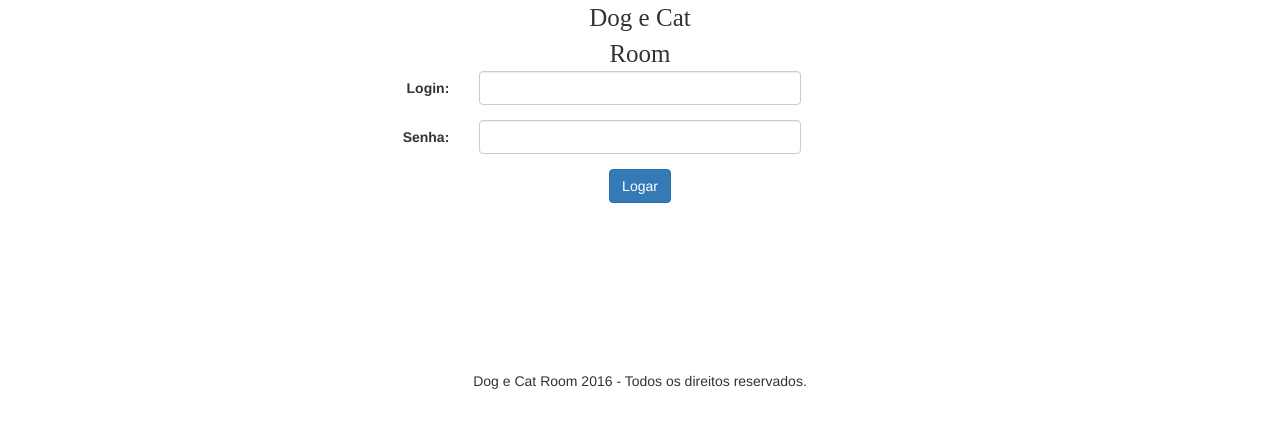
Repository: Natanzx/DogECatRoom
Page: http://localhost/DogECatRoom/login.jsp
These files come from the project's save history. The page is drawn as it stood at one moment and after the next save; the edit follows.
The browser window is 1280 px wide. The pictures show the whole page.
The page is served by Tomcat 9.

Above is the page before, as saved 2016-05-15 19:32:58.

After the next save:
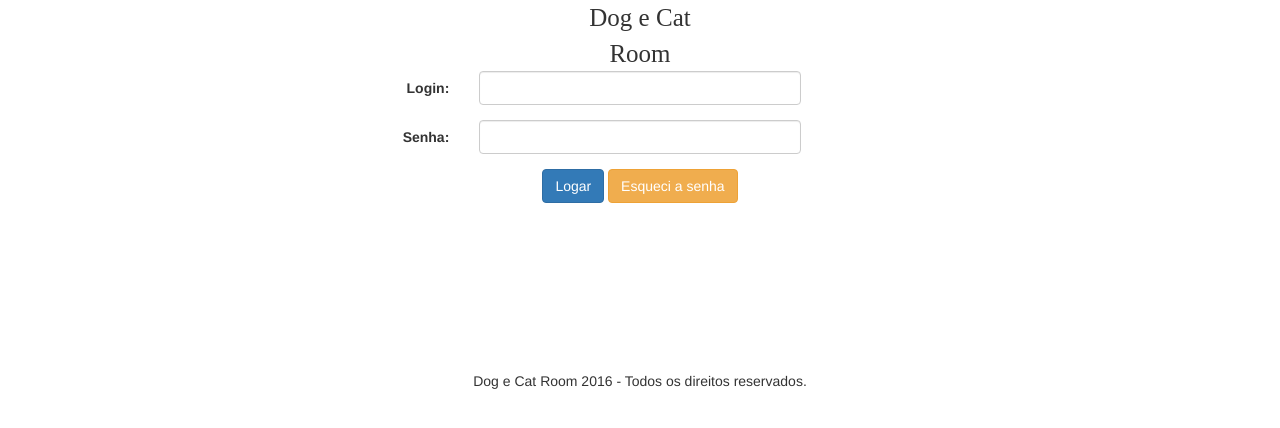
Saved 29 s later.
--- a/DogECatRoom/WebContent/login.jsp
+++ b/DogECatRoom/WebContent/login.jsp
@@ -47,6 +47,7 @@
 					<!-- Botao logar -->
 					<div class="form-group"  style="text-align: center;">
 						<button id="singlebutton" name="singlebutton" class="btn btn-primary">Logar</button>
+						<button id="singlebutton" name="singlebutton" class="btn btn-warning">Esqueci a senha</button>
 					</div>
 
 				</fieldset>
